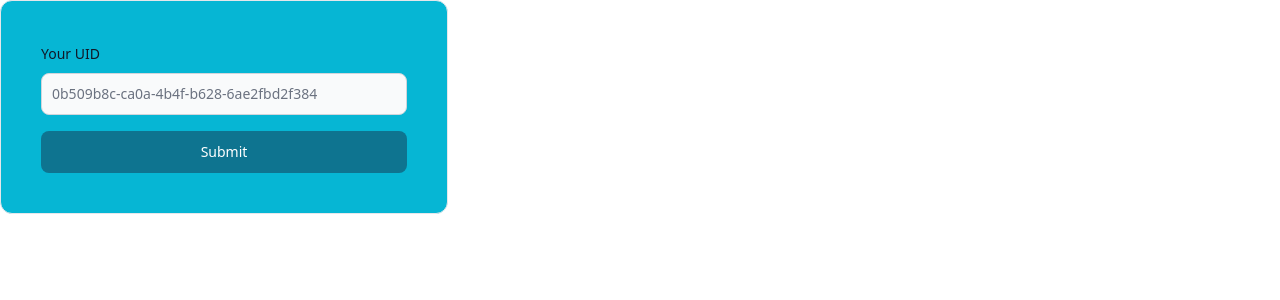
Repository: PrzemyslawJura/Frontend
Page: /
These files come from the project's save history. The page is drawn as it stood at one moment and after a run of saves; the edit follows.
The browser window is 1280 px wide. The pictures show the whole page.
The project was rebuilt for these pictures with package versions that can differ from the ones it lists, and the page was loaded fresh each time. Also part of the build but not shown: vite.config.ts.

Above is the page before, as saved 2024-07-30 12:12:58.

After the next 2 saves:
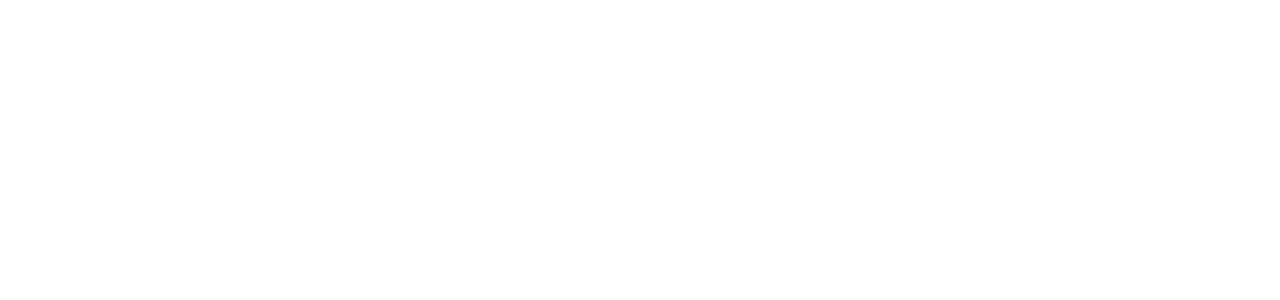
Console error (its wording comes from the project's code and is left out).
The 2 saves are shown as one change because 1 did not build or start.
The last was saved 31 s later.
--- a/src/pages/Login/Login.tsx
+++ b/src/pages/Login/Login.tsx
@@ -3,7 +3,7 @@
 function Login() {
   return (
     <>
-      <div >
+      <div style="background-color: blue">
         <div className="p-10 bg-cyan-500 max-w-md border rounded-xl">
           <LoginForm/>
         </div>

After the 2 saves that followed:
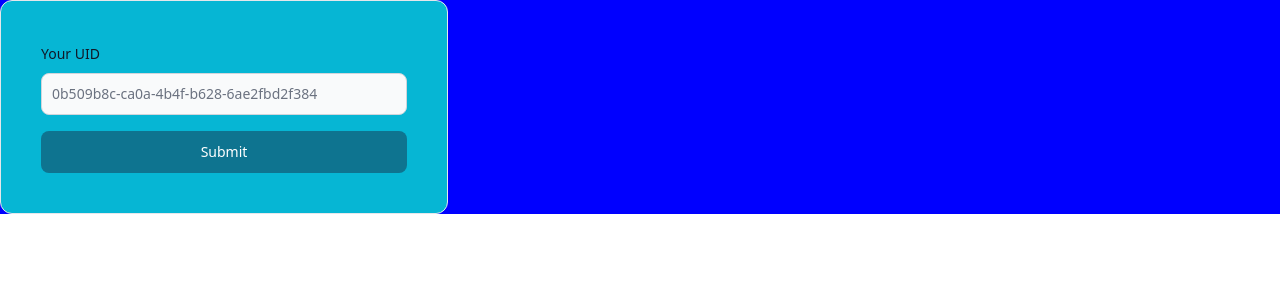
The error is gone.
The 2 saves are shown as one change because 1 left the picture as it was.
The last was saved 98 s later.
--- a/src/pages/Login/Login.tsx
+++ b/src/pages/Login/Login.tsx
@@ -3,7 +3,7 @@
 function Login() {
   return (
     <>
-      <div style="background-color: blue">
+      <div style={{backgroundColor: "blue"}}>
         <div className="p-10 bg-cyan-500 max-w-md border rounded-xl">
           <LoginForm/>
         </div>
